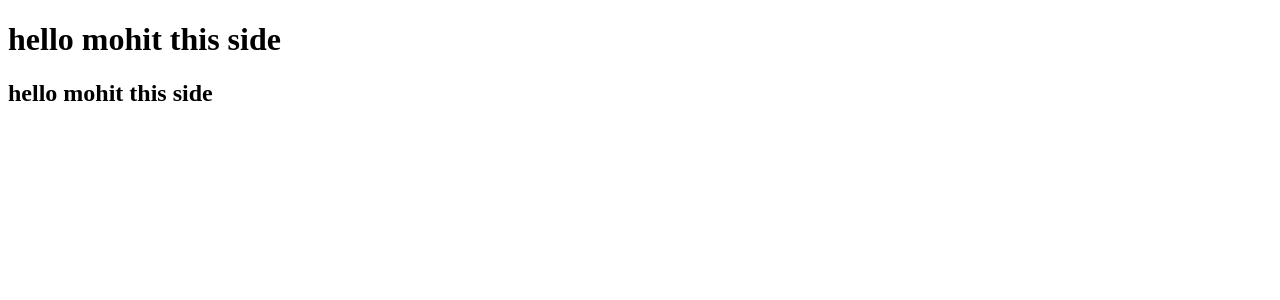
Repository: Mohitkumar1322/backend_dev
Page: http://localhost/
The author's editor kept a copy of each file at every save. The page is drawn from the files as they stood at one save, then again after the next save.
The browser window is 1280 px wide. The pictures show the whole page.
The page is served by the project's Node server (app.js).

Above is the page before, as saved 2024-10-30 20:34:55.

After the next save:
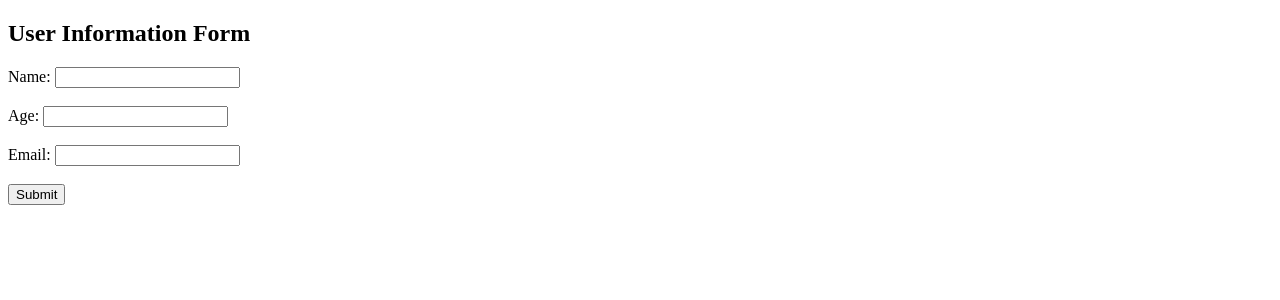
Saved 43 s later.
--- a/views/index.ejs
+++ b/views/index.ejs
@@ -3,11 +3,24 @@
 <head>
     <meta charset="UTF-8">
     <meta name="viewport" content="width=device-width, initial-scale=1.0">
-    <title>Document</title>
+    <title>Basic Form</title>
 </head>
 <body>
-    <h1>hello mohit this side</h1>
-    <h2>hello mohit this side</h2>
+    <h2>User Information Form</h2>
+    <form action="/submit" method="POST">
+        <label for="name">Name:</label>
+        <input type="text" id="name" name="name" required>
+        <br><br>
 
+        <label for="age">Age:</label>
+        <input type="number" id="age" name="age" required>
+        <br><br>
+
+        <label for="email">Email:</label>
+        <input type="email" id="email" name="email" required>
+        <br><br>
+
+        <button type="submit">Submit</button>
+    </form>
 </body>
 </html>
